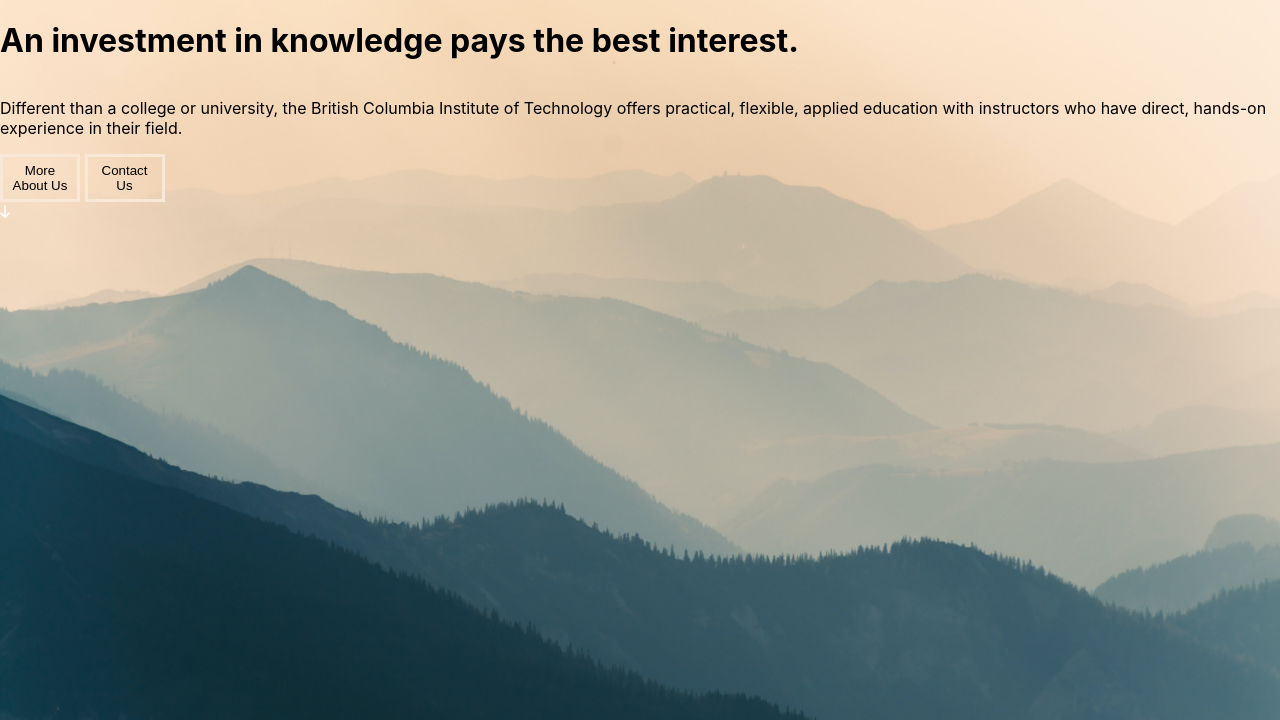
Repository: SaraShio/A01314209_Sara_Shiojima
Page: /
These files come from the project's save history. The page is drawn as it stood at one moment and after a run of saves; the edit follows.
The browser window is 1280 px wide. The pictures show the whole page.
The project was rebuilt for these pictures with package versions that can differ from the ones it lists, and the page was loaded fresh each time. The framework's server and built-in components were replaced by stand-ins that run in the browser. Also part of the build but not shown: next.config.js.

Above is the page before, as saved 2023-02-07 22:19:37.

### pages/index.js
import Head from 'next/head'
import Image from 'next/image'
import styles from '../styles/Home.module.css'
import Link from 'next/link'
import Arrow from '../components/Arrow'

export default function Home() {
  return (
    <>
      <Head>
        <title>Home</title>
        <meta name="author" content="MDIA 2109" />
        <meta property="og:title" content="Assignment #1 - Home Page" />
        <meta property="og:description" content="BCIT Digital Design and Development Diploma" />
        <link rel="icon" href='/favicon.png' />
      </Head>

      <main className={styles.main}>
        <div className={styles.content}>
          <header>
            <h1>An investment in knowledge pays the best interest.</h1>
          </header>

          <p>Different than a college or university, the British Columbia Institute of Technology offers practical, flexible, applied education with instructors who have direct, hands-on experience in their field.</p>
          <div>
            <a href='/about'> <button className={styles.button}>More About Us</button></a>

            <a href='/contact'> <button className={styles.button}>Contact Us</button></a>
          </div>
        </div>
        <Arrow page="Home" />
      </main>
    </>
  )
}

### styles/globals.css
:root{
  --beige:#f9e8d8;
  }


html,
body {
  padding: 0;
  margin: 0;
  font-family: -apple-system, BlinkMacSystemFont, Segoe UI, Roboto, Oxygen,
    Ubuntu, Cantarell, Fira Sans, Droid Sans, Helvetica Neue, sans-serif;
}

a {
  color: inherit;
  text-decoration: none;
}

* {
  box-sizing: border-box;
}

@media (prefers-color-scheme: dark) {
  html {
    color-scheme: dark;
  }
  body {
    color: white;
    background: black;
  }
}

### styles/Home.module.css

.main{
background-image: url(../public/background-images/backgroundMountain.jpg);
height: 100vh;
width: 100vw;
 background-size: cover;
  background-repeat:no-repeat;
  background-position:center;
}



.content{
    display: flex;
    flex-direction: column;
    justify-content: center;
    align-items: left;
}

.button{
background-color: transparent;
border: 0.2rem solid var(--beige);
height: 3rem;
width: 5rem;
}

### components/Arrow/index.js
import styles from './Arrow.module.css'

export default function Arrow({
    page = "home",
}) {
    return (

        page.toLowerCase() === "home" ?
            <div className={styles.arrow}><a><span><img src={'public/icons/downwardArrow.png'} /></span></a>
            </div> :
            page.toLowerCase() === "about" ?
                <div className={styles.arrow}><a><span><img src={'public/icons/upwardArrow.png'} /></span></a>
                    <a><span><img src={'public/icons/downwardArrow.png'} /></span></a>
                </div> :
                page.toLowerCase() === "contact" ?
                    <div className={styles.arrow}><a href="/about"><span><img src={'public/icons/upwardArrow.png'} /></span></a>
                    </div> :
                    <div className={styles.arrow}><a href="/"><span><img src={'public/icons/downwardArrow.png'} /></span></a>
                    </div>
    )
}

### components/Arrow/Arrow.module.css
.arrow{
    color: pink;
    bottom:20px;
}


.arrow > a > span > img{
    width: 10px;
}

Loaded but not shown: pages/_app.js (common file)

After the next 5 saves:
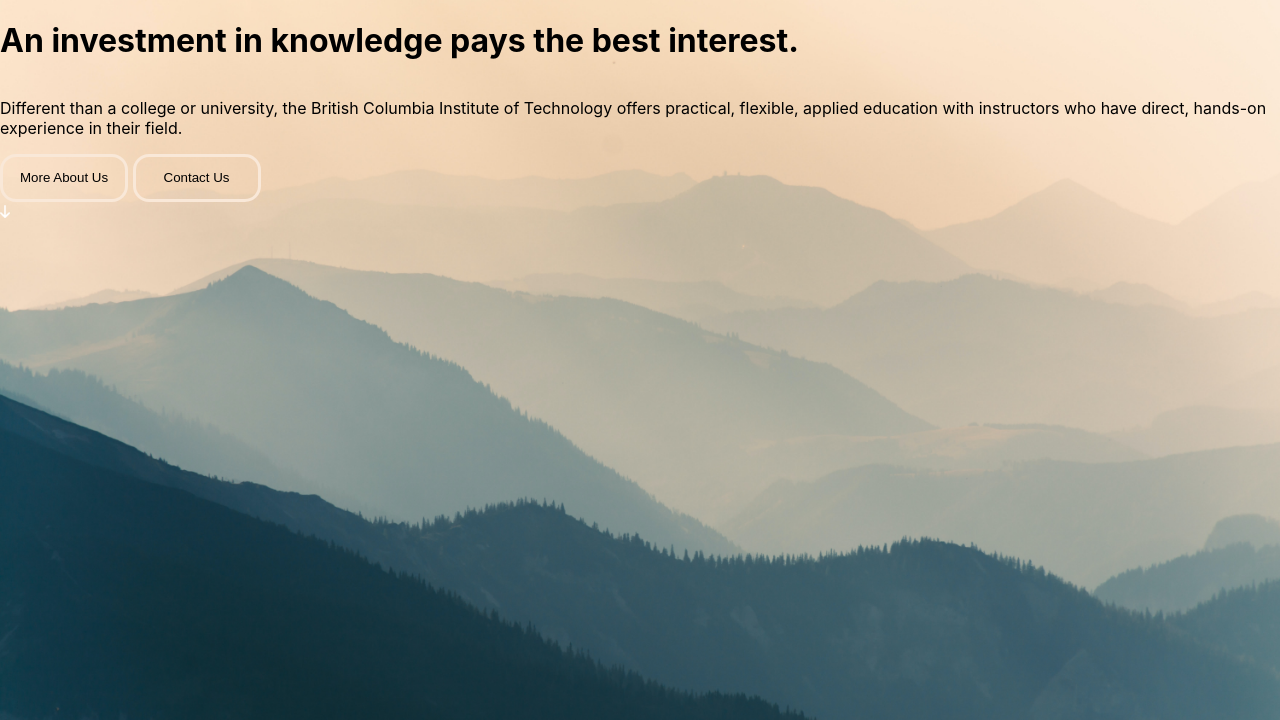
The 5 saves are shown as one change because they came seconds apart.
The last was saved 14 s later.
--- a/styles/Home.module.css
+++ b/styles/Home.module.css
@@ -21,5 +21,6 @@ width: 100vw;
 background-color: transparent;
 border: 0.2rem solid var(--beige);
 height: 3rem;
-width: 5rem;
+width: 8rem;
+border-radius: 1rem;
 }
